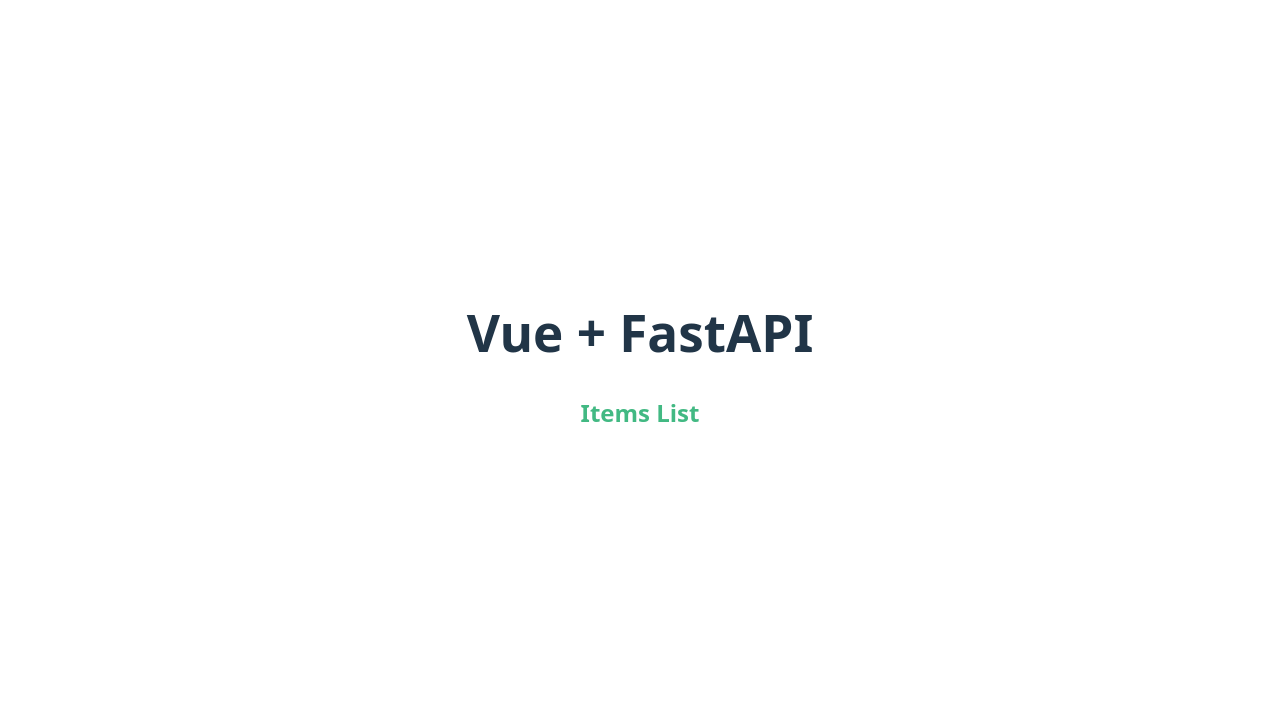
Repository: NorelhoudaB/extra
Page: /reduire (app in frontend/)
The author's editor kept a copy of each file at every save. The page is drawn from the files as they stood at one save, then again after the next save.
The browser window is 1280 px wide. The pictures show the whole page.
The page's requests for data from a server got no answer. The project was rebuilt for these pictures with package versions that can differ from the ones it lists, and the page was loaded fresh each time. No one was signed in, and anything a server would have sent is missing. Also part of the build but not shown: frontend/vite.config.ts.

Above is the page before, as saved 2025-03-11 13:39:24.

### frontend/src/App.vue
<script setup lang="ts">
import ItemsList from "./components/ItemsList.vue";
</script>

<template>
  <div>
    <h1>Vue + FastAPI</h1>
    <ItemsList />
  </div>
</template>

<style scoped>
h1 {
  text-align: center;
}
</style>

### frontend/src/components/ItemsList.vue
<script setup>
import { ref, onMounted } from "vue";
import axios from "axios";

const items = ref([]);

onMounted(async () => {
  try {
    const response = await axios.get("http://127.0.0.1:8000/items"); // Adjust endpoint as needed
    items.value = response.data;
  } catch (error) {
    console.error("Error fetching data:", error);
  }
});
</script>

<template>
  <div>
    <h2>Items List</h2>
    <ul>
      <li v-for="item in items" :key="item.id">
        {{ item.name }}
      </li>
    </ul>
  </div>
</template>

<style scoped>
h2 {
  color: #42b983;
}
</style>

### frontend/src/components/Sidebar.vue
<script setup lang="ts">
import { ref } from "vue";

const selectedOption = ref("");

const selectOption = (option: string) => {
  selectedOption.value = option;
};
</script>

<template>
  <div class="sidebar">
    <h2>Options</h2>
    <ul>
      <li @click="selectOption('reduceFileSize')">Reduce File Size</li>
      <li @click="selectOption('fixAltImages')">Fix Alt in Images</li>
      <li @click="selectOption('convertXHTML')">Convert XHTML to HTML</li>
    </ul>
  </div>
</template>

<style scoped>
.sidebar {
  width: 250px;
  height: 100vh;
  background: #333;
  color: white;
  padding: 20px;
  position: fixed;
  left: 0;
  top: 0;
}

ul {
  list-style: none;
  padding: 0;
}

li {
  padding: 10px;
  cursor: pointer;
  transition: background 0.3s;
}

li:hover {
  background: #555;
}
</style>

Loaded but not shown: frontend/index.html (common file); frontend/src/main.ts (common file); frontend/src/style.css (common file)

After the next save:
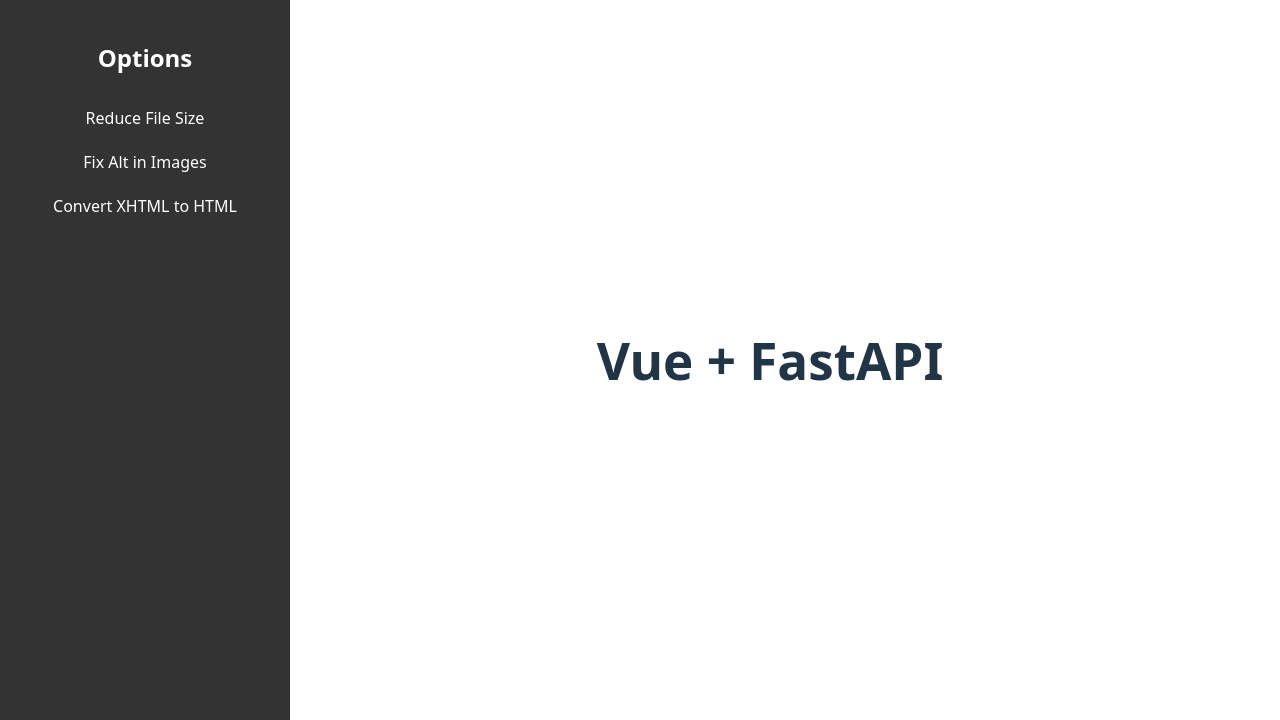
Saved 44 s later.
--- a/frontend/src/App.vue
+++ b/frontend/src/App.vue
@@ -1,16 +1,24 @@
 <script setup lang="ts">
-import ItemsList from "./components/ItemsList.vue";
+import Sidebar from "./components/Sidebar.vue";
 </script>
 
 <template>
-  <div>
-    <h1>Vue + FastAPI</h1>
-    <ItemsList />
+  <div class="app-container">
+    <Sidebar />
+    <div class="content">
+      <h1>Vue + FastAPI</h1>
+    </div>
   </div>
 </template>
 
 <style scoped>
-h1 {
-  text-align: center;
+.app-container {
+  display: flex;
+}
+
+.content {
+  margin-left: 260px;
+  padding: 20px;
+  width: 100%;
 }
 </style>
